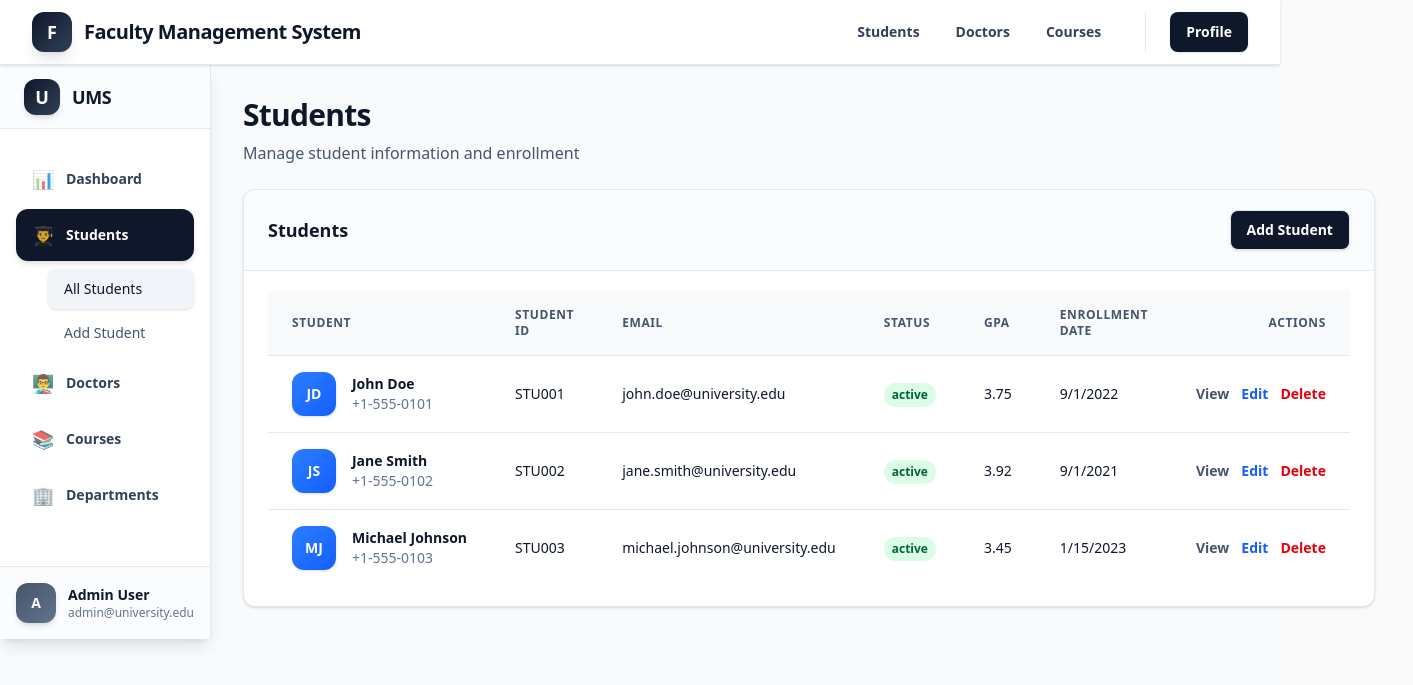
Repository: Mohamedmohsen179/Advanced-DB-Task
Page: /students (app in frontend/)
An editor plug-in stored every save of this project. The page is shown before and after the next save, followed by the edit.
The browser window is 1280 px wide. The page is 1407 px wide, then 1413 px, so the pictures cover 1413 px, including what lies to the right of the window. The pictures show the whole page.
The page's requests for data from a server got no answer. The project was rebuilt for these pictures with package versions that can differ from the ones it lists, and the page was loaded fresh each time. The framework's server and built-in components were replaced by stand-ins that run in the browser. No one was signed in, and anything a server would have sent is missing. Also part of the build but not shown: frontend/next.config.ts.

Above is the page before, as saved 2025-11-28 16:52:54.

After the next save:
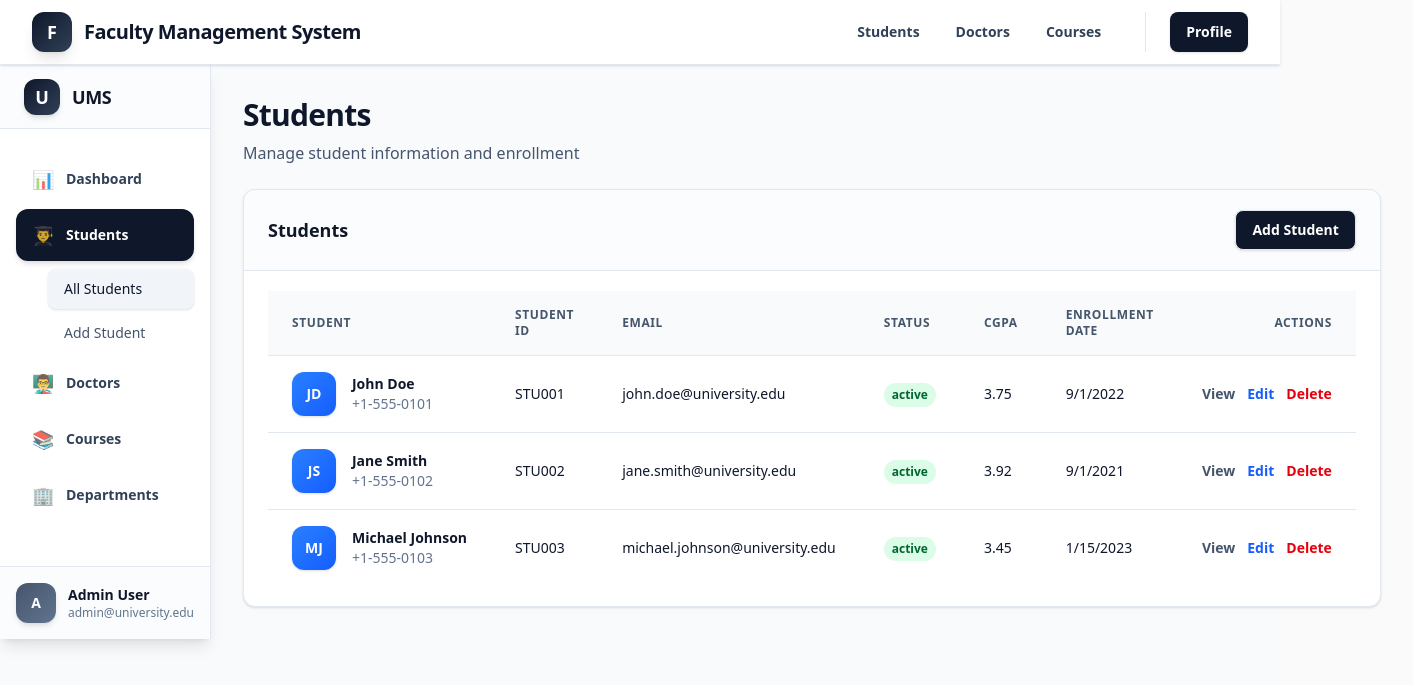
Saved 32 s later.
--- a/frontend/components/students/StudentTable.tsx
+++ b/frontend/components/students/StudentTable.tsx
@@ -37,8 +37,8 @@ export default function StudentTable({
         <CardContent>
           <div className="text-center py-12">
             <div className="text-gray-400 text-6xl mb-4">👨‍🎓</div>
-            <h3 className="text-lg font-medium text-gray-900 mb-2">No students found</h3>
-            <p className="text-gray-500 mb-6">Get started by adding your first student.</p>
+            <h3 className="text-lg font-medium text-gray-900 mb-2">No Students found</h3>
+            <p className="text-gray-500 mb-6">Get started by Adding your First Student.</p>
             <Link href="/students/new">
               <Button>Add Student</Button>
             </Link>
@@ -76,7 +76,7 @@ export default function StudentTable({
                   Status
                 </th>
                 <th className="px-6 py-4 text-left text-xs font-semibold text-slate-600 uppercase tracking-wider">
-                  GPA
+                  CGPA
                 </th>
                 <th className="px-6 py-4 text-left text-xs font-semibold text-slate-600 uppercase tracking-wider">
                   Enrollment Date
